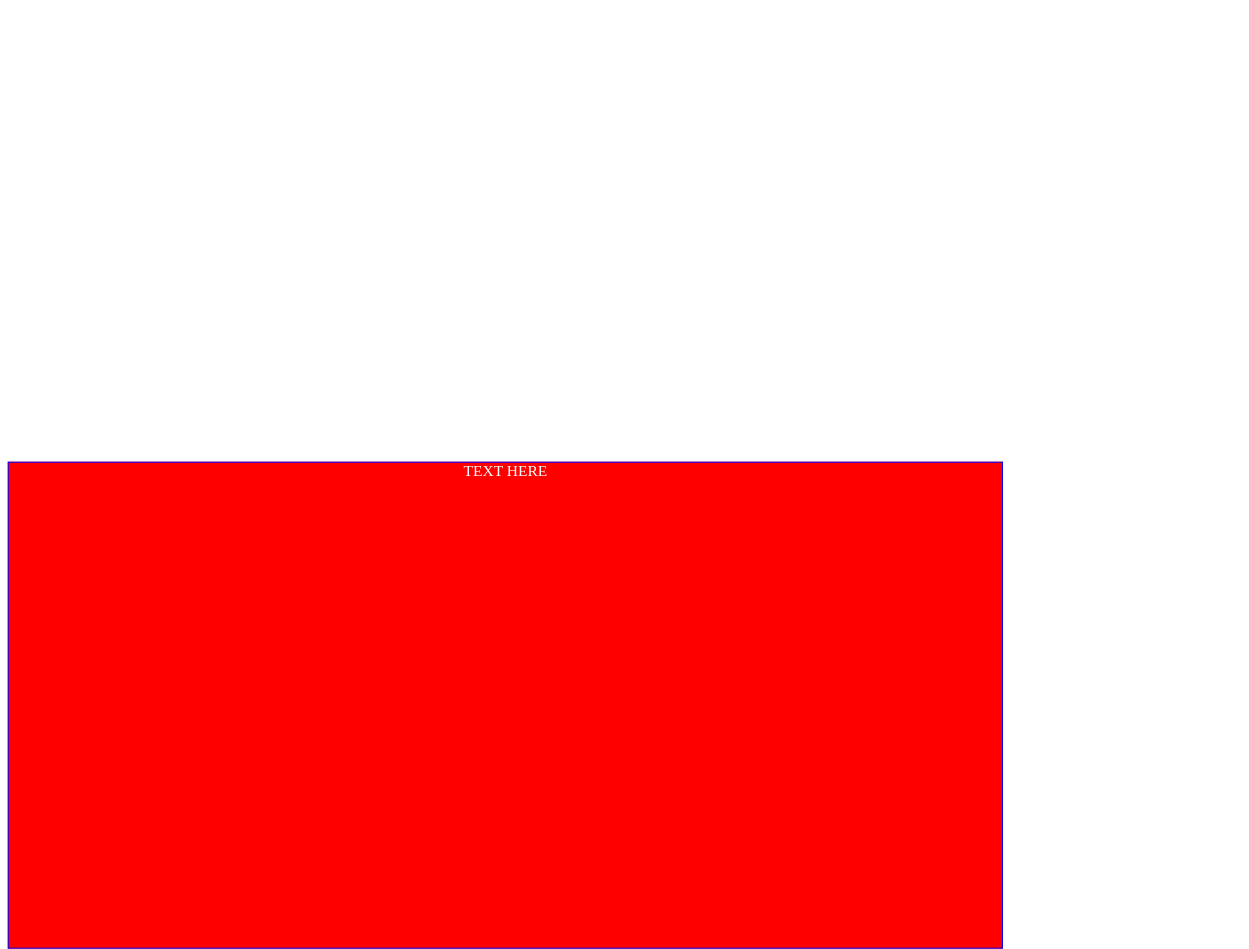
Repository: piyushiso/piyushiso.github.io
Page: random/daynight/index.html
The author's editor kept a copy of each file at every save. The page is drawn from the files as they stood at one save, then again after a run of saves.
The browser window is 1280 px wide. The page is 1288 px wide, so the pictures cover 1288 px, including what lies to the right of the window. The pictures show the whole page, at 97% of full size.

Above is the page before, as saved 2022-05-23 16:06:26.

### random/daynight/index.html
<html lang="en">
<head>
    <meta charset="UTF-8">
    <meta http-equiv="X-UA-Compatible" content="IE=edge">
    <meta name="viewport" content="width=device-width, initial-scale=1.0">
    <link href="styles/style.css" rel="stylesheet" />
    <title>Document</title>
</head>
<body>
    <div>
        TEXT HERE
    </div>
</body>
</html>

### random/daynight/styles/style.css
body{
    height: 100%;
    width: 100%;
    overflow: hidden;
    position: relative;
    top: 0;
    left: 0;
}

body div{
    background: red;
    height: 500px;
    width: 80%;
    border: solid thin blue;
    position: absolute;
    bottom: -250px;
    text-align: center;
    color: white;
}

After the next 2 saves:
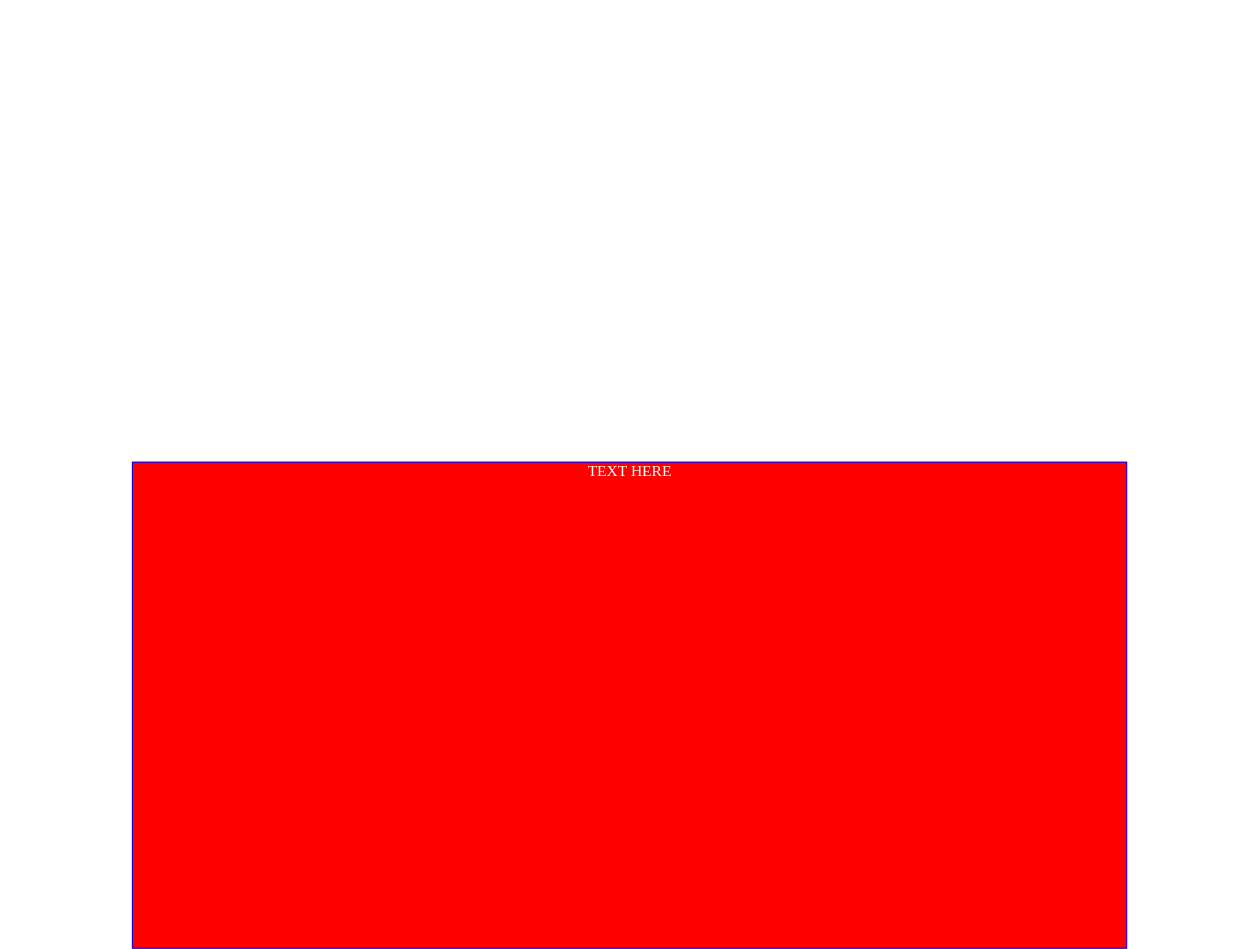
The 2 saves are shown as one change because they came seconds apart.
The last was saved 13 s later.
--- a/random/daynight/styles/style.css
+++ b/random/daynight/styles/style.css
@@ -13,6 +13,7 @@
     width: 80%;
     border: solid thin blue;
     position: absolute;
+    left: 10%;
     bottom: -250px;
     text-align: center;
     color: white;
